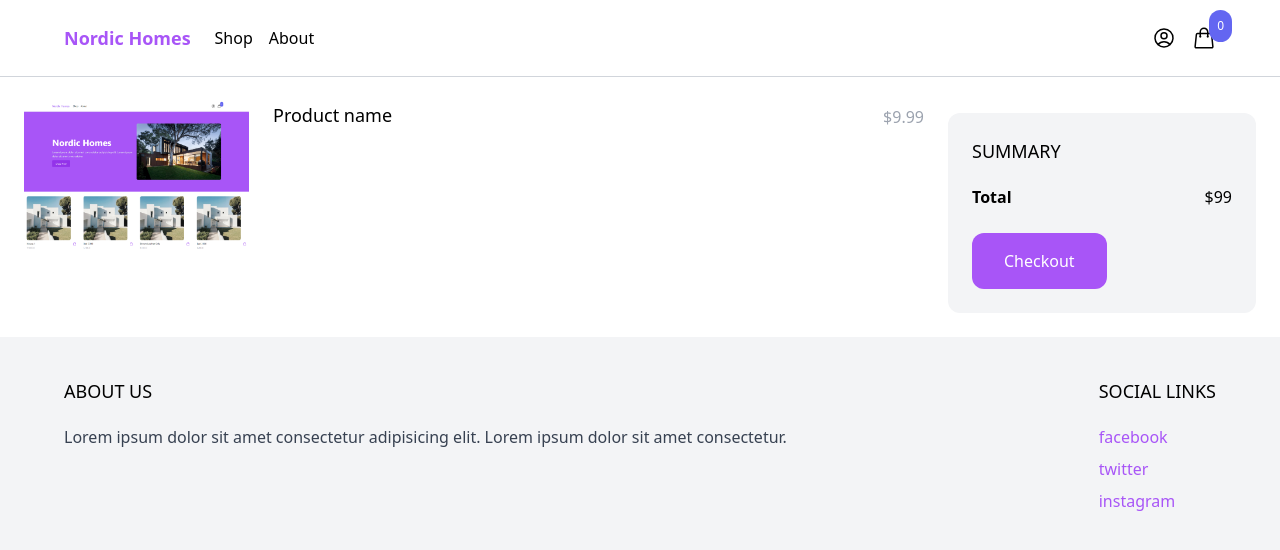
Repository: Calin224/NordicHomes
Page: cart/templates/cart/cart.html
The author's editor kept a copy of each file at every save. The page is drawn from the files as they stood at one save, then again after the next save.
The browser window is 1280 px wide. The pictures show the whole page.
Some web libraries are served in a nearby version. The template is drawn by Django 4.2. The application's start-up code is not run. Other server files are loaded and not shown. The template is opened directly, without the code that normally fills it, so the values that code supplies are empty.

Above is the page before, as saved 2023-02-16 20:40:04.

### cart/templates/cart/cart.html
{% extends 'core/base.html' %}

{% block content %}

<div class="max-2-6xl mx-auto flex flex-wrap items-start py-6 px-6 ">
    <div class="products w-full lg:w-3/4">
        <div class="product mb-6 flex pr-6">
            <a href="#" class="w-1/4">
                <img src="../../../media/Capture.png" alt="" class="hover:shadow-lg rounded-xl">
            </a>

            <div class="w-3/4 pl-6">
                <div class="flex justify-between">
                    <a href="#" class="text-lg">Product name</a>
                    <span class="mb-6 pt-1 text-gray-400">$9.99</span>
                </div>
            </div>
        </div>
    </div>

    <div class="summary w-full lg:w-1/4 p-6 bg-gray-100 rounded-xl mt-3">
        <h2 class="uppercase text-lg mb-5">Summary</h2>

        <div class="mb-6 flex justify-between">
            <span class="font-semibold">Total</span>
            <span>$99</span>
        </div>

        <a href="#" class="inline-block px-8 py-4 rounded-xl bg-purple-500 hover:bg-purple-700 text-white">Checkout</a>
    </div>
</div>

{% endblock %}

### core/templates/core/base.html
<!DOCTYPE html>
<html lang="en">

<head>
    <meta charset="UTF-8">
    <meta name="viewport" content="width=device-width, initial-scale=1.0">
    <script src="https://cdn.tailwindcss.com"></script>
</head>

<body>
    <nav class="border-b border-gray-300">
        <div class="max-w-6xl mx-auto py-2 px-6 xl:px-0 flex items-center justify-between">
            <div class="menu-left flex items-center space-x-6">
                <a href="{% url 'frontpage' %}" class="py-4 text-lg text-purple-500 font-semibold">Nordic Homes</a>

                <ul class="flex items-center space-x-4">
                    <li><a href="{% url 'shop' %}">Shop</a></li>
                    <li><a href="#">About</a></li>


                    {% if request.user.is_authenticated %}
                        <li><a href="{% url 'logout' %}" class="px-4 py-2 bg-purple-500 hover:bg-purple-700 text-white rounded-lg">Logout</a></li>
                    {% endif %}

                </ul>
            </div>

            <div class="menu-right flex items-center space-x-4">
                <a href="#">
                    <svg xmlns="http://www.w3.org/2000/svg" fill="none" viewBox="0 0 24 24" stroke-width="1.5"
                        stroke="currentColor" class="w-6 h-6">
                        <path stroke-linecap="round" stroke-linejoin="round"
                            d="M17.982 18.725A7.488 7.488 0 0012 15.75a7.488 7.488 0 00-5.982 2.975m11.963 0a9 9 0 10-11.963 0m11.963 0A8.966 8.966 0 0112 21a8.966 8.966 0 01-5.982-2.275M15 9.75a3 3 0 11-6 0 3 3 0 016 0z" />
                    </svg>

                </a>

                {% include 'cart/menu_cart.html' %}
            </div>
        </div>
    </nav>

    <main>
        {% block content %}{% endblock content %}
    </main>

    <footer class="bg-gray-100">
        <div class="max-w-6xl mx-auto py-10 px-6 xl:px-0 md:flex justify-between">
            <div class="footer-left mb-12 md:mb-0">
                <h2 class="mb-5 uppercase text-lg">about us</h2>
                <p class="text-gray-700">Lorem ipsum dolor sit amet consectetur adipisicing elit. Lorem ipsum dolor sit
                    amet consectetur.</p>
            </div>

            <div class="footer-right">
                <h2 class="mb-5 uppercase text-lg">social links</h2>
                <ul class="space-y-2">
                    <li><a href="#" class="text-purple-500 hover:text-purple-800">facebook</a></li>
                    <li><a href="#" class="text-purple-500 hover:text-purple-800">twitter</a></li>
                    <li><a href="#" class="text-purple-500 hover:text-purple-800">instagram</a></li>
                </ul>
            </div>
        </div>
    </footer>

    <script src="https://unpkg.com/htmx.org@1.8.5"></script>
</body>

</html>

### cart/templates/cart/menu_cart.html
<a href="#" id="menu-cart-button" class="relative">
    <svg xmlns="http://www.w3.org/2000/svg" fill="none" viewBox="0 0 24 24" stroke-width="1.5"
        stroke="currentColor" class="w-6 h-6">
        <path stroke-linecap="round" stroke-linejoin="round"
            d="M15.75 10.5V6a3.75 3.75 0 10-7.5 0v4.5m11.356-1.993l1.263 12c.07.665-.45 1.243-1.119 1.243H4.25a1.125 1.125 0 01-1.12-1.243l1.264-12A1.125 1.125 0 015.513 7.5h12.974c.576 0 1.059.435 1.119 1.007zM8.625 10.5a.375.375 0 11-.75 0 .375.375 0 01.75 0zm7.5 0a.375.375 0 11-.75 0 .375.375 0 01.75 0z" />
    </svg>
    <span class="p-2 absolute -top-4 -right-4 bg-indigo-500 text-white text-xs rounded-full">{{cart|length}}</span>
</a>

After the next save:
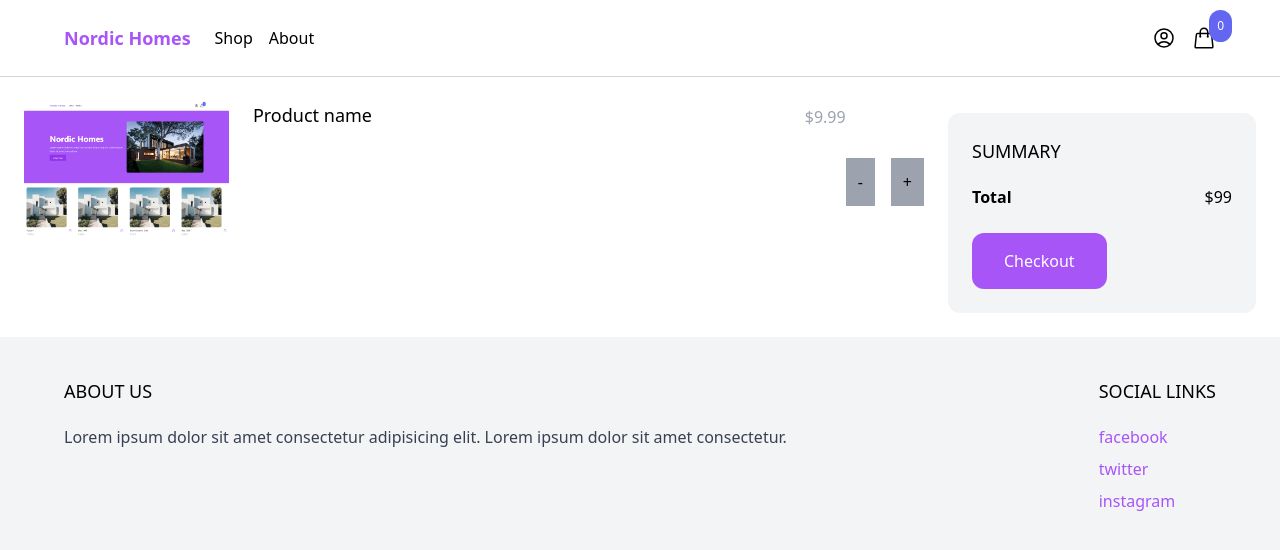
Saved 51 s later.
--- a/cart/templates/cart/cart.html
+++ b/cart/templates/cart/cart.html
@@ -15,6 +15,13 @@
                     <span class="mb-6 pt-1 text-gray-400">$9.99</span>
                 </div>
             </div>
+
+            <hr>
+
+            <div class="quantity mt-6 flex items-center space-x-4">
+                <a href="#" class="p-3 bg-gray-400">-</a>
+                <a href="#" class="p-3 bg-gray-400">+</a>
+            </div>
         </div>
     </div>
 
